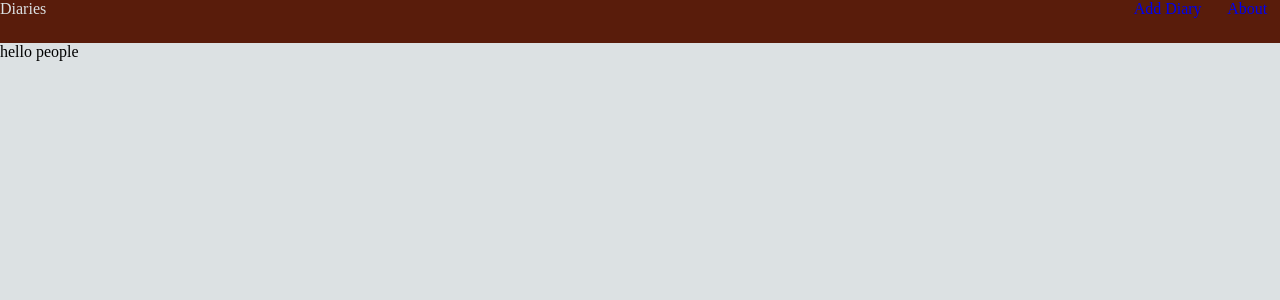
Repository: Tun-Dev/mydiary
Page: /
The author's editor kept a copy of each file at every save. The page is drawn from the files as they stood at one save, then again after the next save.
The browser window is 1280 px wide. The pictures show the whole page.
The project was rebuilt for these pictures with package versions that can differ from the ones it lists, and the page was loaded fresh each time.

Above is the page before, as saved 2021-05-10 12:23:33.

After the next save:
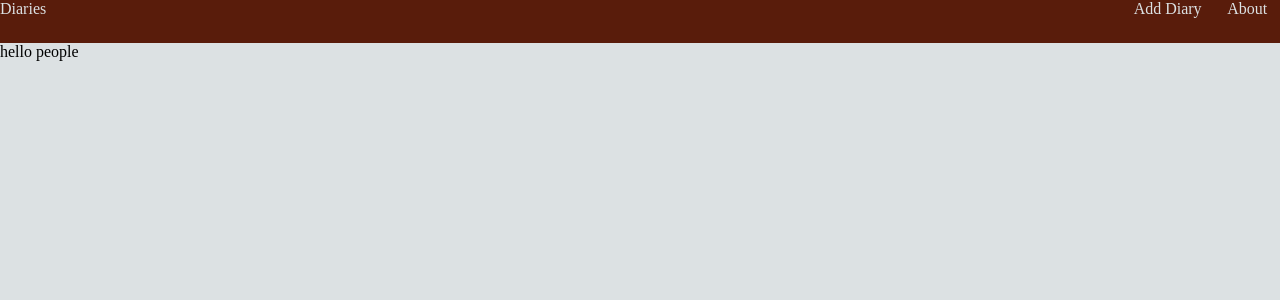
Saved 51 s later.
--- a/src/Layout/Nav.js
+++ b/src/Layout/Nav.js
@@ -34,6 +34,9 @@ ul li {
     list-style: none;
     margin: 0 0.8rem;
 }
+ul li a {
+    color: #dce1e3;
+}
 `;
 
 export default Nav;
